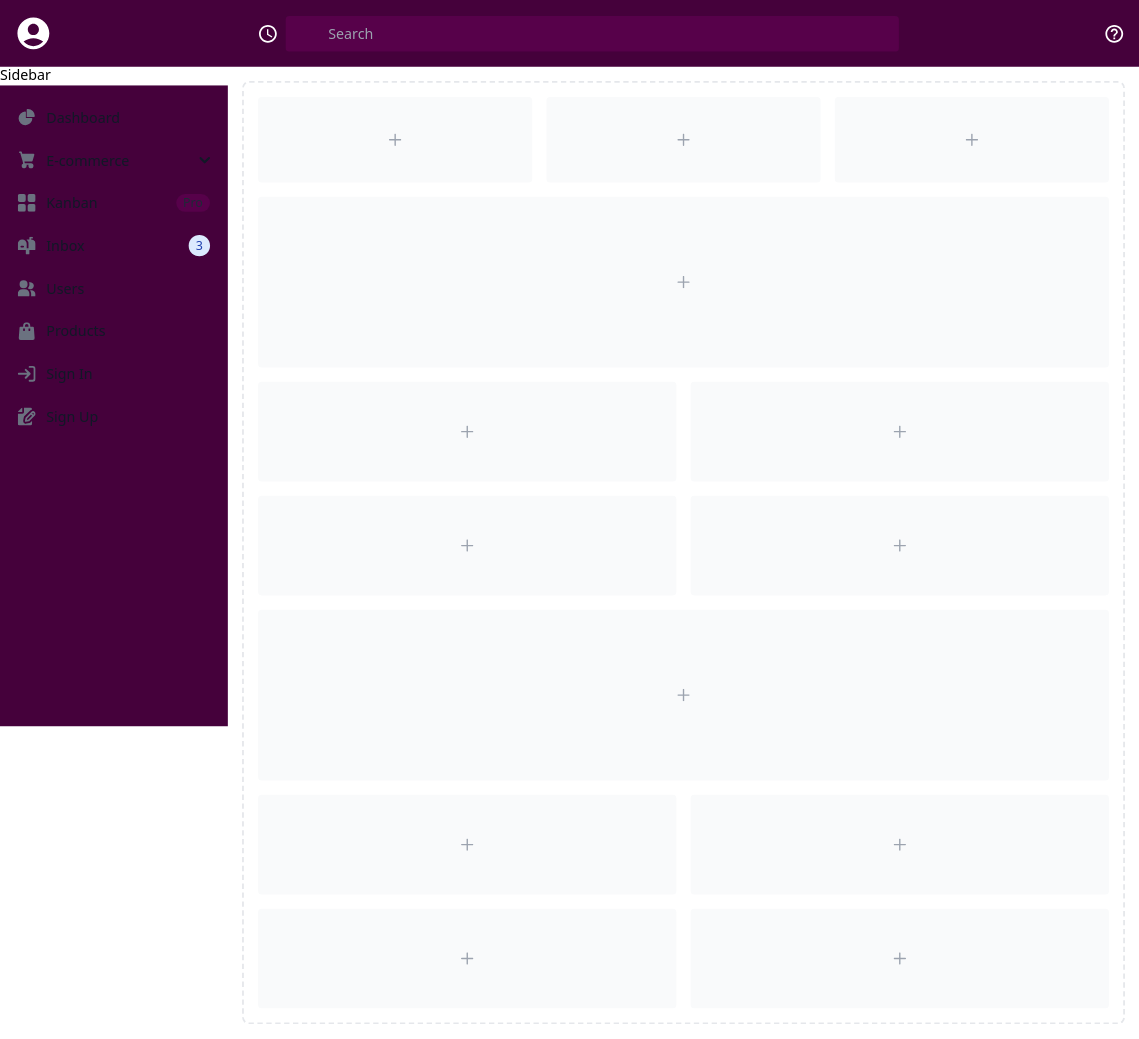
Repository: Shamraiz761/Slack_clone
Page: /
These files come from the project's save history. The page is drawn as it stood at one moment and after the next save; the edit follows.
The browser window is 1280 px wide. The pictures show the whole page, at 89% of full size.
The project was rebuilt for these pictures with package versions that can differ from the ones it lists, and the page was loaded fresh each time. Also part of the build but not shown: vite.config.js.

Above is the page before, as saved 2024-01-14 18:55:41.

### src/App.jsx

import React from 'react'
import Header from './components/header/Header'
import Sidebar from './components/sidebar/Sidebar'
function App() {

  return (
  <div className="">
    <div>
      <Header />
      </div>

      <Sidebar />
      {/* Other main content goes here */}
    </div>
  )
}

export default App

### src/components/header/Header.jsx
import React from 'react'
import AccessTimeIcon from '@mui/icons-material/AccessTime';
import HelpOutlineIcon from '@mui/icons-material/HelpOutline';
import AccountCircleIcon from '@mui/icons-material/AccountCircle';
function Header() {
  return (

    <nav className="bg-[#45013b] p-4" style={{background:''}}>
      <div className="container mx-auto flex items-center justify-between">
        {/* Left logos */}

          {/* Left logo */}
          <div className=" sm:mr-4 hidden sm:block">
          <AccountCircleIcon className='text-white text-larger hidden sm:block' style={{fontSize:'43px'}}/>

          </div>





        <div className="sm:w-full flex justify-center items-center">
        <div className="mr-2">
            <AccessTimeIcon className='text-white'/>


          </div>
          <input
            type="text"
            placeholder="Search"
            className=" p-2 px-12 bg-[#57014a] text-white border-none rounded w-32 sm:w-3/5"
          />
        </div>

        {/* Right logos */}
        <div className="flex items-center">

          <div className="ml-[-100px] sm:ml-4">
            <HelpOutlineIcon className='text-white'/>

          </div>
        </div>
      </div>
    </nav>
  )
}

export default Header

### src/components/sidebar/Sidebar.jsx
import React from "react";

function Sidebar() {
  return (
    <div className="relative">


      <aside
        id="sidebar-multi-level-sidebar"
        className="absolute top-full left-0 mt-[-1095px] w-64 h-screen transition-transform -translate-x-full sm:translate-x-0"
        aria-label="Sidebar"
      >
        <h1>Sidebar</h1>
        <div className="h-full px-3 py-4 overflow-y-auto bg-[#45013b] ">
          <ul className="space-y-2 font-medium">
            <li>
              <a
                href="#"
                className="flex items-center p-2 text-gray-900 rounded-lg dark:text-white hover:bg-[#57014a] dark:hover:bg-gray-700 group"
              >
                <svg
                  className="w-5 h-5 text-gray-500 transition duration-75 dark:text-gray-400 group-hover:text-gray-900 dark:group-hover:text-white"
                  aria-hidden="true"
                  xmlns="http://www.w3.org/2000/svg"
                  fill="currentColor"
                  viewBox="0 0 22 21"
                >
                  <path d="M16.975 11H10V4.025a1 1 0 0 0-1.066-.998 8.5 8.5 0 1 0 9.039 9.039.999.999 0 0 0-1-1.066h.002Z" />
                  <path d="M12.5 0c-.157 0-.311.01-.565.027A1 1 0 0 0 11 1.02V10h8.975a1 1 0 0 0 1-.935c.013-.188.028-.374.028-.565A8.51 8.51 0 0 0 12.5 0Z" />
                </svg>
                <span className="ms-3">Dashboard</span>
              </a>
            </li>
            <li>
              <button
                type="button"
                className="flex items-center w-full p-2 text-base text-gray-900 transition duration-75 rounded-lg group hover:bg-[#57014a] dark:text-white dark:hover:bg-gray-700"
                aria-controls="dropdown-example"
                data-collapse-toggle="dropdown-example"
              >
                <svg
                  className="flex-shrink-0 w-5 h-5 text-gray-500 transition duration-75 group-hover:text-gray-900 dark:text-gray-400 dark:group-hover:text-white"
                  aria-hidden="true"
                  xmlns="http://www.w3.org/2000/svg"
                  fill="currentColor"
                  viewBox="0 0 18 21"
                >
                  <path d="M15 12a1 1 0 0 0 .962-.726l2-7A1 1 0 0 0 17 3H3.77L3.175.745A1 1 0 0 0 2.208 0H1a1 1 0 0 0 0 2h.438l.6 2.255v.019l2 7 .746 2.986A3 3 0 1 0 9 17a2.966 2.966 0 0 0-.184-1h2.368c-.118.32-.18.659-.184 1a3 3 0 1 0 3-3H6.78l-.5-2H15Z" />
                </svg>
                <span className="flex-1 ms-3 text-left rtl:text-right whitespace-nowrap">
                  E-commerce
                </span>
                <svg
                  className="w-3 h-3"
                  aria-hidden="true"
                  xmlns="http://www.w3.org/2000/svg"
                  fill="none"
                  viewBox="0 0 10 6"
                >
                  <path
                    stroke="currentColor"
                    stroke-linecap="round"
                    stroke-linejoin="round"
                    stroke-width="2"
                    d="m1 1 4 4 4-4"
                  />
                </svg>
              </button>
              <ul id="dropdown-example" className="hidden py-2 space-y-2">
                <li>
                  <a
                    href="#"
                    className="flex items-center w-full p-2 text-gray-900 transition duration-75 rounded-lg pl-11 group hover:bg-[#57014a] dark:text-white dark:hover:bg-gray-700"
                  >
                    Products
                  </a>
                </li>
                <li>
                  <a
                    href="#"
                    className="flex items-center w-full p-2 text-gray-900 transition duration-75 rounded-lg pl-11 group hover:bg-[#57014a] dark:text-white dark:hover:bg-gray-700"
                  >
                    Billing
                  </a>
                </li>
                <li>
                  <a
                    href="#"
                    className="flex items-center w-full p-2 text-gray-900 transition duration-75 rounded-lg pl-11 group hover:bg-[#57014a] dark:text-white dark:hover:bg-gray-700"
                  >
                    Invoice
                  </a>
                </li>
              </ul>
            </li>
            <li>
              <a
                href="#"
                className="flex items-center p-2 text-gray-900 rounded-lg dark:text-white hover:bg-[#57014a] dark:hover:bg-gray-700 group"
              >
                <svg
                  className="flex-shrink-0 w-5 h-5 text-gray-500 transition duration-75 dark:text-gray-400 group-hover:text-gray-900 dark:group-hover:text-white"
                  aria-hidden="true"
                  xmlns="http://www.w3.org/2000/svg"
                  fill="currentColor"
                  viewBox="0 0 18 18"
                >
                  <path d="M6.143 0H1.857A1.857 1.857 0 0 0 0 1.857v4.286C0 7.169.831 8 1.857 8h4.286A1.857 1.857 0 0 0 8 6.143V1.857A1.857 1.857 0 0 0 6.143 0Zm10 0h-4.286A1.857 1.857 0 0 0 10 1.857v4.286C10 7.169 10.831 8 11.857 8h4.286A1.857 1.857 0 0 0 18 6.143V1.857A1.857 1.857 0 0 0 16.143 0Zm-10 10H1.857A1.857 1.857 0 0 0 0 11.857v4.286C0 17.169.831 18 1.857 18h4.286A1.857 1.857 0 0 0 8 16.143v-4.286A1.857 1.857 0 0 0 6.143 10Zm10 0h-4.286A1.857 1.857 0 0 0 10 11.857v4.286c0 1.026.831 1.857 1.857 1.857h4.286A1.857 1.857 0 0 0 18 16.143v-4.286A1.857 1.857 0 0 0 16.143 10Z" />
                </svg>
                <span className="flex-1 ms-3 whitespace-nowrap">Kanban</span>
                <span className="inline-flex items-center justify-center px-2 ms-3 text-sm font-medium text-gray-800 bg-[#57014a] rounded-full dark:bg-gray-700 dark:text-gray-300">
                  Pro
                </span>
              </a>
            </li>
            <li>
              <a
                href="#"
                className="flex items-center p-2 text-gray-900 rounded-lg dark:text-white hover:bg-[#57014a] dark:hover:bg-gray-700 group"
              >
                <svg
                  className="flex-shrink-0 w-5 h-5 text-gray-500 transition duration-75 dark:text-gray-400 group-hover:text-gray-900 dark:group-hover:text-white"
                  aria-hidden="true"
                  xmlns="http://www.w3.org/2000/svg"
                  fill="currentColor"
                  viewBox="0 0 20 20"
                >
                  <path d="m17.418 3.623-.018-.008a6.713 6.713 0 0 0-2.4-.569V2h1a1 1 0 1 0 0-2h-2a1 1 0 0 0-1 1v2H9.89A6.977 6.977 0 0 1 12 8v5h-2V8A5 5 0 1 0 0 8v6a1 1 0 0 0 1 1h8v4a1 1 0 0 0 1 1h2a1 1 0 0 0 1-1v-4h6a1 1 0 0 0 1-1V8a5 5 0 0 0-2.582-4.377ZM6 12H4a1 1 0 0 1 0-2h2a1 1 0 0 1 0 2Z" />
                </svg>
                <span className="flex-1 ms-3 whitespace-nowrap">Inbox</span>
                <span className="inline-flex items-center justify-center w-3 h-3 p-3 ms-3 text-sm font-medium text-blue-800 bg-blue-100 rounded-full dark:bg-blue-900 dark:text-blue-300">
                  3
                </span>
              </a>
            </li>
            <li>
              <a
                href="#"
                className="flex items-center p-2 text-gray-900 rounded-lg dark:text-white hover:bg-[#57014a] dark:hover:bg-gray-700 group"
              >
                <svg
                  className="flex-shrink-0 w-5 h-5 text-gray-500 transition duration-75 dark:text-gray-400 group-hover:text-gray-900 dark:group-hover:text-white"
                  aria-hidden="true"
                  xmlns="http://www.w3.org/2000/svg"
                  fill="currentColor"
                  viewBox="0 0 20 18"
                >
                  <path d="M14 2a3.963 3.963 0 0 0-1.4.267 6.439 6.439 0 0 1-1.331 6.638A4 4 0 1 0 14 2Zm1 9h-1.264A6.957 6.957 0 0 1 15 15v2a2.97 2.97 0 0 1-.184 1H19a1 1 0 0 0 1-1v-1a5.006 5.006 0 0 0-5-5ZM6.5 9a4.5 4.5 0 1 0 0-9 4.5 4.5 0 0 0 0 9ZM8 10H5a5.006 5.006 0 0 0-5 5v2a1 1 0 0 0 1 1h11a1 1 0 0 0 1-1v-2a5.006 5.006 0 0 0-5-5Z" />
                </svg>
                <span className="flex-1 ms-3 whitespace-nowrap">Users</span>
              </a>
            </li>
            <li>
              <a
                href="#"
                className="flex items-center p-2 text-gray-900 rounded-lg dark:text-white hover:bg-[#57014a] dark:hover:bg-gray-700 group"
              >
                <svg
                  className="flex-shrink-0 w-5 h-5 text-gray-500 transition duration-75 dark:text-gray-400 group-hover:text-gray-900 dark:group-hover:text-white"
                  aria-hidden="true"
                  xmlns="http://www.w3.org/2000/svg"
                  fill="currentColor"
                  viewBox="0 0 18 20"
                >
                  <path d="M17 5.923A1 1 0 0 0 16 5h-3V4a4 4 0 1 0-8 0v1H2a1 1 0 0 0-1 .923L.086 17.846A2 2 0 0 0 2.08 20h13.84a2 2 0 0 0 1.994-2.153L17 5.923ZM7 9a1 1 0 0 1-2 0V7h2v2Zm0-5a2 2 0 1 1 4 0v1H7V4Zm6 5a1 1 0 1 1-2 0V7h2v2Z" />
                </svg>
                <span className="flex-1 ms-3 whitespace-nowrap">Products</span>
              </a>
            </li>
            <li>
              <a
                href="#"
                className="flex items-center p-2 text-gray-900 rounded-lg dark:text-white hover:bg-[#57014a] dark:hover:bg-gray-700 group"
              >
                <svg
                  className="flex-shrink-0 w-5 h-5 text-gray-500 transition duration-75 dark:text-gray-400 group-hover:text-gray-900 dark:group-hover:text-white"
                  aria-hidden="true"
                  xmlns="http://www.w3.org/2000/svg"
                  fill="none"
                  viewBox="0 0 18 16"
                >
                  <path
                    stroke="currentColor"
                    stroke-linecap="round"
                    stroke-linejoin="round"
                    stroke-width="2"
                    d="M1 8h11m0 0L8 4m4 4-4 4m4-11h3a2 2 0 0 1 2 2v10a2 2 0 0 1-2 2h-3"
                  />
                </svg>
                <span className="flex-1 ms-3 whitespace-nowrap">Sign In</span>
              </a>
            </li>
            <li>
              <a
                href="#"
                className="flex items-center p-2 text-gray-900 rounded-lg dark:text-white hover:bg-[#57014a] dark:hover:bg-gray-700 group"
              >
                <svg
                  className="flex-shrink-0 w-5 h-5 text-gray-500 transition duration-75 dark:text-gray-400 group-hover:text-gray-900 dark:group-hover:text-white"
                  aria-hidden="true"
                  xmlns="http://www.w3.org/2000/svg"
                  fill="currentColor"
                  viewBox="0 0 20 20"
                >
                  <path d="M5 5V.13a2.96 2.96 0 0 0-1.293.749L.879 3.707A2.96 2.96 0 0 0 .13 5H5Z" />
                  <path d="M6.737 11.061a2.961 2.961 0 0 1 .81-1.515l6.117-6.116A4.839 4.839 0 0 1 16 2.141V2a1.97 1.97 0 0 0-1.933-2H7v5a2 2 0 0 1-2 2H0v11a1.969 1.969 0 0 0 1.933 2h12.134A1.97 1.97 0 0 0 16 18v-3.093l-1.546 1.546c-.413.413-.94.695-1.513.81l-3.4.679a2.947 2.947 0 0 1-1.85-.227 2.96 2.96 0 0 1-1.635-3.257l.681-3.397Z" />
                  <path d="M8.961 16a.93.93 0 0 0 .189-.019l3.4-.679a.961.961 0 0 0 .49-.263l6.118-6.117a2.884 2.884 0 0 0-4.079-4.078l-6.117 6.117a.96.96 0 0 0-.263.491l-.679 3.4A.961.961 0 0 0 8.961 16Zm7.477-9.8a.958.958 0 0 1 .68-.281.961.961 0 0 1 .682 1.644l-.315.315-1.36-1.36.313-.318Zm-5.911 5.911 4.236-4.236 1.359 1.359-4.236 4.237-1.7.339.341-1.699Z" />
                </svg>
                <span className="flex-1 ms-3 whitespace-nowrap">Sign Up</span>
              </a>
            </li>
          </ul>
        </div>
      </aside>

      <div className="p-4 sm:ml-64">
        <div className="p-4 border-2 border-gray-200 border-dashed rounded-lg dark:border-gray-700">
          <div className="grid grid-cols-3 gap-4 mb-4">
            <div className="flex items-center justify-center h-24 rounded bg-gray-50 dark:bg-gray-800">
              <p className="text-2xl text-gray-400 dark:text-gray-500">
                <svg
                  className="w-3.5 h-3.5"
                  aria-hidden="true"
                  xmlns="http://www.w3.org/2000/svg"
                  fill="none"
                  viewBox="0 0 18 18"
                >
                  <path
                    stroke="currentColor"
                    stroke-linecap="round"
                    stroke-linejoin="round"
                    stroke-width="2"
                    d="M9 1v16M1 9h16"
                  />
                </svg>
              </p>
            </div>
            <div className="flex items-center justify-center h-24 rounded bg-gray-50 dark:bg-gray-800">
              <p className="text-2xl text-gray-400 dark:text-gray-500">
                <svg
                  className="w-3.5 h-3.5"
                  aria-hidden="true"
                  xmlns="http://www.w3.org/2000/svg"
                  fill="none"
                  viewBox="0 0 18 18"
                >
                  <path
                    stroke="currentColor"
                    stroke-linecap="round"
                    stroke-linejoin="round"
                    stroke-width="2"
                    d="M9 1v16M1 9h16"
                  />
                </svg>
              </p>
            </div>
            <div className="flex items-center justify-center h-24 rounded bg-gray-50 dark:bg-gray-800">
              <p className="text-2xl text-gray-400 dark:text-gray-500">
                <svg
                  className="w-3.5 h-3.5"
                  aria-hidden="true"
                  xmlns="http://www.w3.org/2000/svg"
                  fill="none"
                  viewBox="0 0 18 18"
                >
                  <path
                    stroke="currentColor"
                    stroke-linecap="round"
                    stroke-linejoin="round"
                    stroke-width="2"
                    d="M9 1v16M1 9h16"
                  />
                </svg>
              </p>
            </div>
          </div>
          <div className="flex items-center justify-center h-48 mb-4 rounded bg-gray-50 dark:bg-gray-800">
            <p className="text-2xl text-gray-400 dark:text-gray-500">
              <svg
                className="w-3.5 h-3.5"
                aria-hidden="true"
                xmlns="http://www.w3.org/2000/svg"
                fill="none"
                viewBox="0 0 18 18"
              >
                <path
                  stroke="currentColor"
                  stroke-linecap="round"
                  stroke-linejoin="round"
                  stroke-width="2"
                  d="M9 1v16M1 9h16"
                />
              </svg>
            </p>
          </div>
          <div className="grid grid-cols-2 gap-4 mb-4">
            <div className="flex items-center justify-center rounded bg-gray-50 h-28 dark:bg-gray-800">
              <p className="text-2xl text-gray-400 dark:text-gray-500">
                <svg
                  className="w-3.5 h-3.5"
                  aria-hidden="true"
                  xmlns="http://www.w3.org/2000/svg"
                  fill="none"
                  viewBox="0 0 18 18"
                >
                  <path
                    stroke="currentColor"
                    stroke-linecap="round"
                    stroke-linejoin="round"
                    stroke-width="2"
                    d="M9 1v16M1 9h16"
                  />
                </svg>
              </p>
            </div>
            <div className="flex items-center justify-center rounded bg-gray-50 h-28 dark:bg-gray-800">
              <p className="text-2xl text-gray-400 dark:text-gray-500">
                <svg
                  className="w-3.5 h-3.5"
                  aria-hidden="true"
                  xmlns="http://www.w3.org/2000/svg"
                  fill="none"
                  viewBox="0 0 18 18"
                >
                  <path
                    stroke="currentColor"
                    stroke-linecap="round"
                    stroke-linejoin="round"
                    stroke-width="2"
                    d="M9 1v16M1 9h16"
                  />
                </svg>
              </p>
            </div>
            <div className="flex items-center justify-center rounded bg-gray-50 h-28 dark:bg-gray-800">
              <p className="text-2xl text-gray-400 dark:text-gray-500">
                <svg
                  className="w-3.5 h-3.5"
                  aria-hidden="true"
                  xmlns="http://www.w3.org/2000/svg"
                  fill="none"
                  viewBox="0 0 18 18"
                >
                  <path
                    stroke="currentColor"
                    stroke-linecap="round"
                    stroke-linejoin="round"
                    stroke-width="2"
                    d="M9 1v16M1 9h16"
                  />
                </svg>
              </p>
            </div>
            <div className="flex items-center justify-center rounded bg-gray-50 h-28 dark:bg-gray-800">
              <p className="text-2xl text-gray-400 dark:text-gray-500">
                <svg
                  className="w-3.5 h-3.5"
                  aria-hidden="true"
                  xmlns="http://www.w3.org/2000/svg"
                  fill="none"
                  viewBox="0 0 18 18"
                >
                  <path
                    stroke="currentColor"
                    stroke-linecap="round"
                    stroke-linejoin="round"
                    stroke-width="2"
                    d="M9 1v16M1 9h16"
                  />
                </svg>
              </p>
            </div>
          </div>
          <div className="flex items-center justify-center h-48 mb-4 rounded bg-gray-50 dark:bg-gray-800">
            <p className="text-2xl text-gray-400 dark:text-gray-500">
              <svg
                className="w-3.5 h-3.5"
                aria-hidden="true"
                xmlns="http://www.w3.org/2000/svg"
                fill="none"
                viewBox="0 0 18 18"
              >
                <path
                  stroke="currentColor"
                  stroke-linecap="round"
                  stroke-linejoin="round"
                  stroke-width="2"
                  d="M9 1v16M1 9h16"
                />
              </svg>
            </p>
          </div>
          <div className="grid grid-cols-2 gap-4">
            <div className="flex items-center justify-center rounded bg-gray-50 h-28 dark:bg-gray-800">
              <p className="text-2xl text-gray-400 dark:text-gray-500">
                <svg
                  className="w-3.5 h-3.5"
                  aria-hidden="true"
                  xmlns="http://www.w3.org/2000/svg"
                  fill="none"
                  viewBox="0 0 18 18"
                >
                  <path
                    stroke="currentColor"
                    stroke-linecap="round"
                    stroke-linejoin="round"
                    stroke-width="2"
                    d="M9 1v16M1 9h16"
                  />
                </svg>
              </p>
            </div>
            <div className="flex items-center justify-center rounded bg-gray-50 h-28 dark:bg-gray-800">
              <p className="text-2xl text-gray-400 dark:text-gray-500">
                <svg
                  className="w-3.5 h-3.5"
                  aria-hidden="true"
                  xmlns="http://www.w3.org/2000/svg"
                  fill="none"
                  viewBox="0 0 18 18"
                >
                  <path
                    stroke="currentColor"
                    stroke-linecap="round"
                    stroke-linejoin="round"
                    stroke-width="2"
                    d="M9 1v16M1 9h16"
                  />
                </svg>
              </p>
            </div>
            <div className="flex items-center justify-center rounded bg-gray-50 h-28 dark:bg-gray-800">
              <p className="text-2xl text-gray-400 dark:text-gray-500">
                <svg
                  className="w-3.5 h-3.5"
                  aria-hidden="true"
                  xmlns="http://www.w3.org/2000/svg"
                  fill="none"
                  viewBox="0 0 18 18"
                >
                  <path
                    stroke="currentColor"
                    stroke-linecap="round"
                    stroke-linejoin="round"
                    stroke-width="2"
                    d="M9 1v16M1 9h16"
                  />
                </svg>
              </p>
            </div>
            <div className="flex items-center justify-center rounded bg-gray-50 h-28 dark:bg-gray-800">
              <p className="text-2xl text-gray-400 dark:text-gray-500">
                <svg
                  className="w-3.5 h-3.5"
                  aria-hidden="true"
                  xmlns="http://www.w3.org/2000/svg"
                  fill="none"
                  viewBox="0 0 18 18"
                >
                  <path
                    stroke="currentColor"
                    stroke-linecap="round"
                    stroke-linejoin="round"
                    stroke-width="2"
                    d="M9 1v16M1 9h16"
                  />
                </svg>
              </p>
            </div>
          </div>
        </div>
      </div>
    </div>
  );
}

export default Sidebar;

Loaded but not shown: index.html (common file); src/main.jsx (common file); src/index.css (common file); tailwind.config.js (common file)

After the next save:
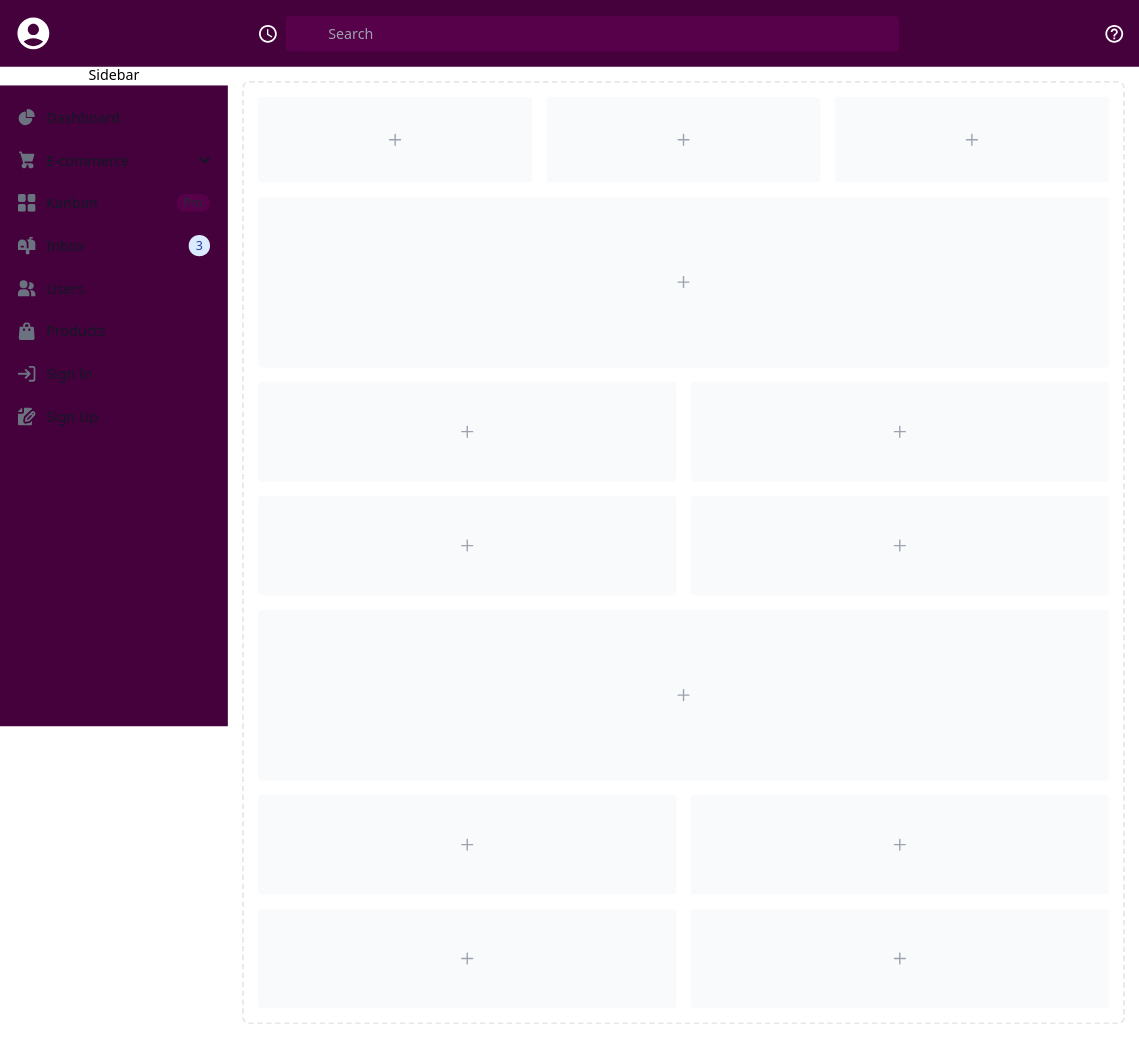
Saved 9 s later.
--- a/src/components/sidebar/Sidebar.jsx
+++ b/src/components/sidebar/Sidebar.jsx
@@ -10,7 +10,7 @@
         className="absolute top-full left-0 mt-[-1095px] w-64 h-screen transition-transform -translate-x-full sm:translate-x-0"
         aria-label="Sidebar"
       >
-        <h1>Sidebar</h1>
+        <h1 className="text-center ">Sidebar</h1>
         <div className="h-full px-3 py-4 overflow-y-auto bg-[#45013b] ">
           <ul className="space-y-2 font-medium">
             <li>
